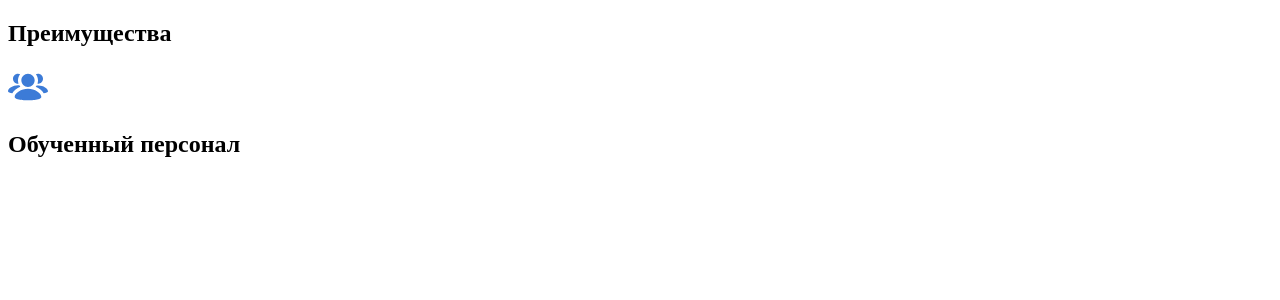
Repository: Azimich/Cleaning_
Page: src/pages/Cleaning/advantage/advantage.html
An editor plug-in stored every save of this project. The page is shown before and after the next save, followed by the edit.
The browser window is 1280 px wide. The pictures show the whole page.

Above is the page before, as saved 2022-10-19 19:28:24.

After the next save:
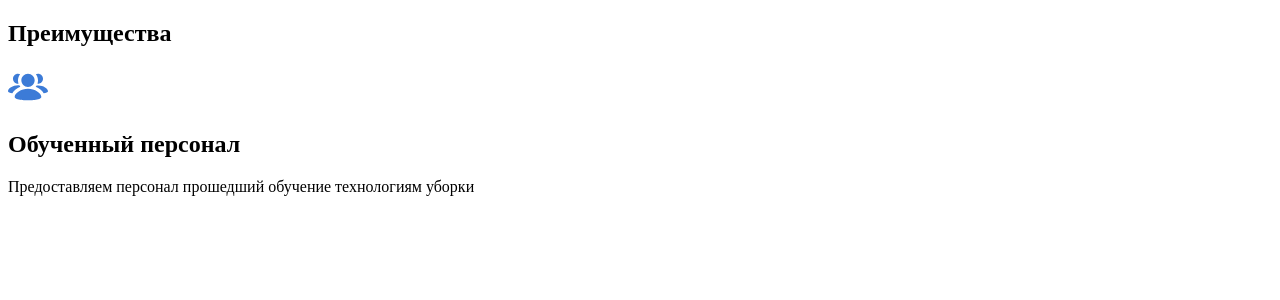
Saved 11 s later.
--- a/src/pages/Cleaning/advantage/advantage.html
+++ b/src/pages/Cleaning/advantage/advantage.html
@@ -16,7 +16,7 @@
           </div>
           <div class="advantage__item-info">
             <h2 class="h2">Обученный персонал</h2>
-            <p></p>
+            <p>Предоставляем персонал прошедший обучение технологиям уборки</p>
           </div>
         </div>
       </div>
